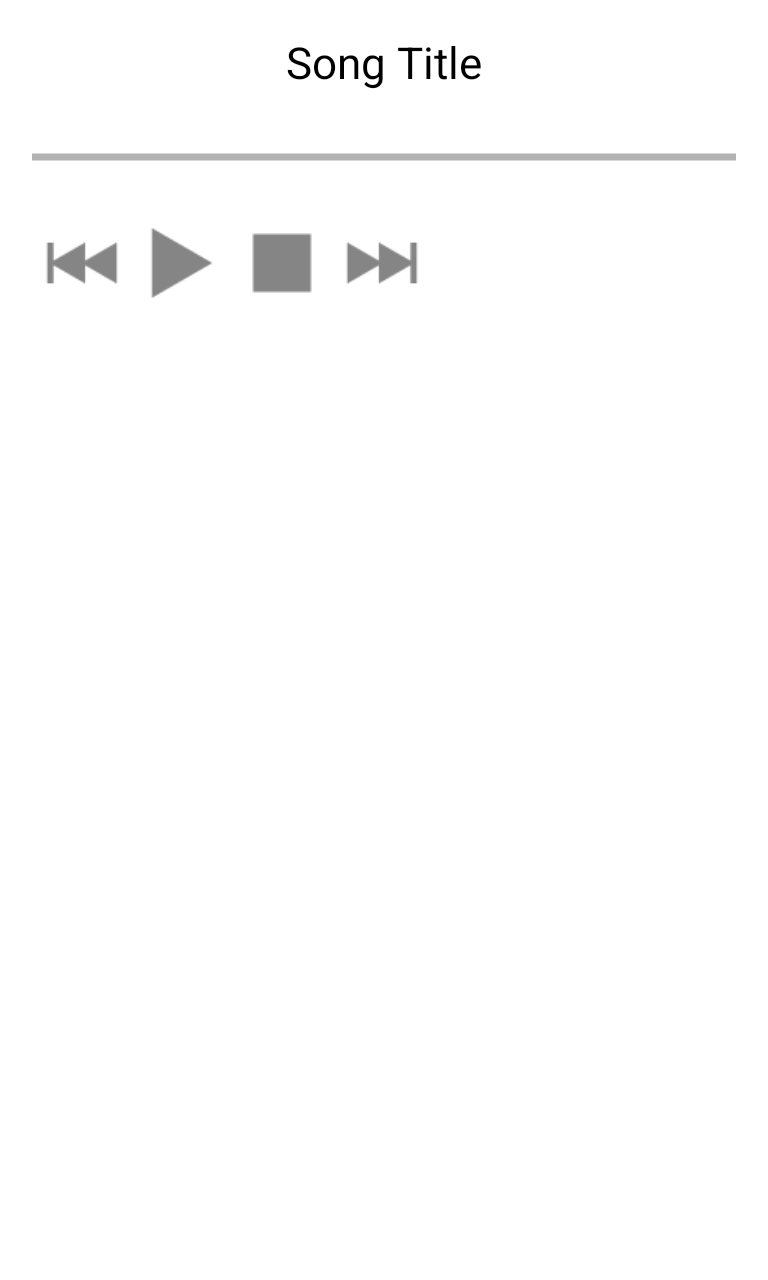
Repository: laurenelder/MDF3
Layout: MiniMediaPlayer/res/layout/activity_main.xml
An editor plug-in stored every save of this project. The layout is shown before and after the next save, followed by the edit.
It is drawn on a 768 x 1280 px phone screen (xhdpi) without system bars, with theme AppTheme; the app's code is not run.

Above is the layout before, as saved 2014-09-05 17:07:55.

After the next save:
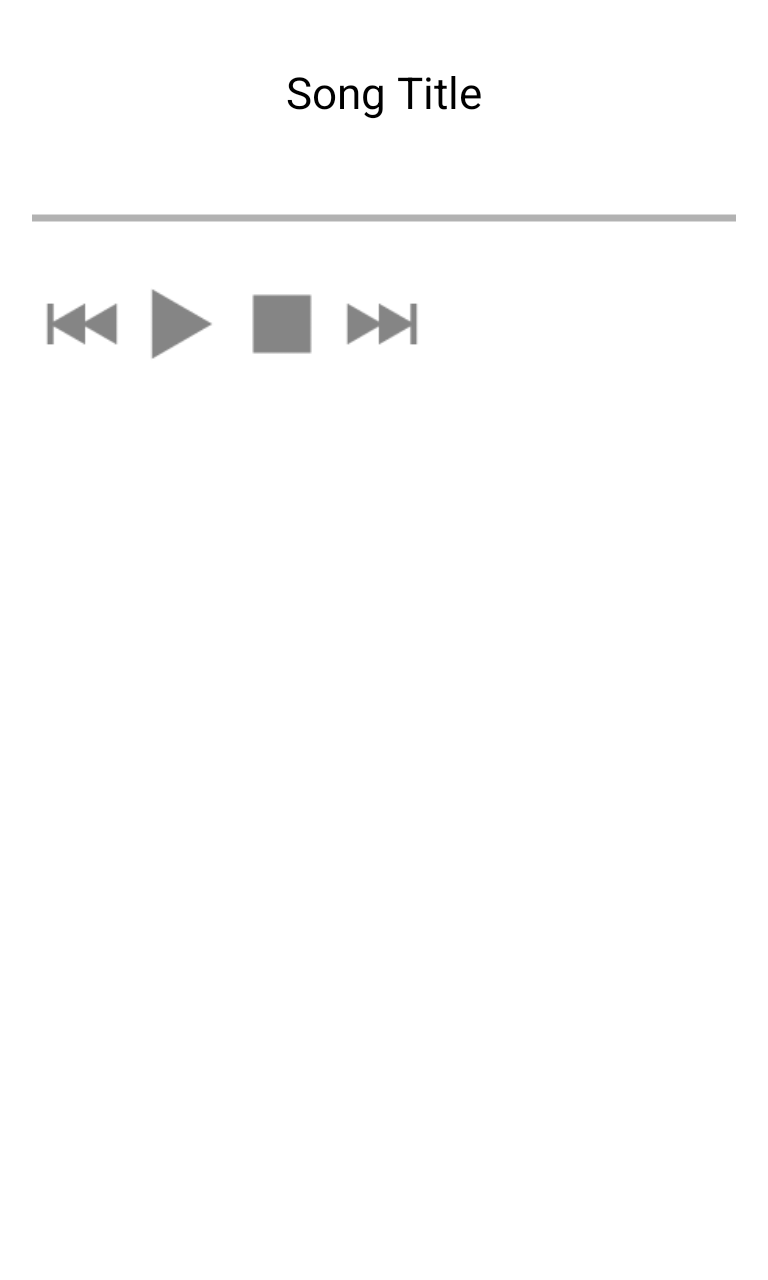
Saved 25 s later.
--- a/MiniMediaPlayer/res/layout/activity_main.xml
+++ b/MiniMediaPlayer/res/layout/activity_main.xml
@@ -13,7 +13,7 @@
     <TextView
         android:id="@+id/songTitle"
         android:layout_width="match_parent"
-        android:layout_height="wrap_content"
+        android:layout_height="60dp"
         android:text="@string/title"
         android:gravity="center"
         android:textAppearance="?android:attr/textAppearanceLarge" />
